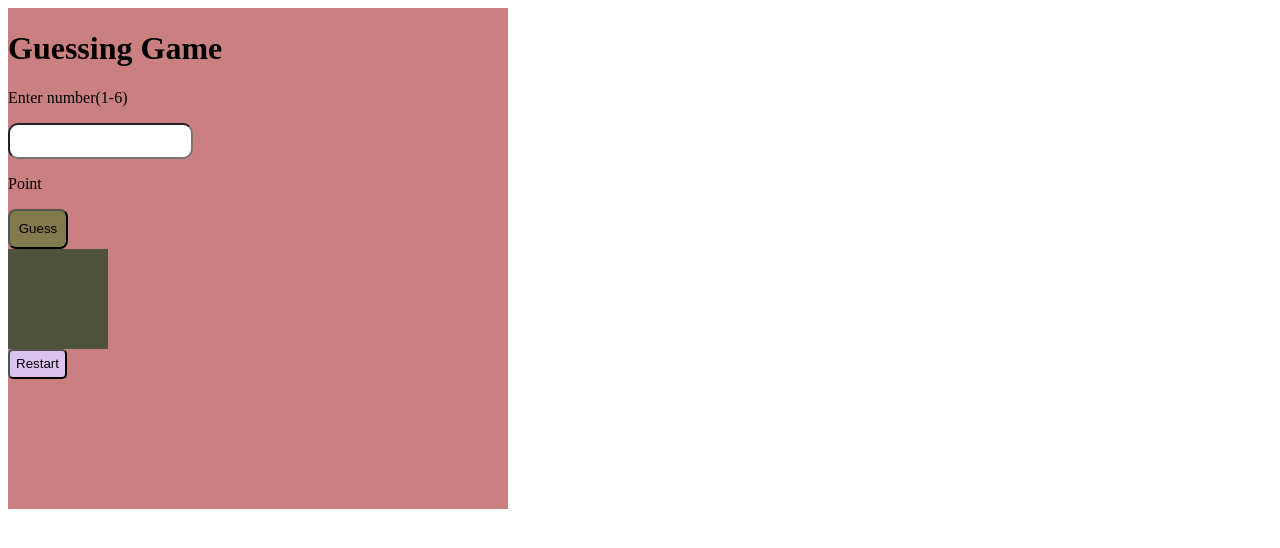
Repository: AniAntonyan/GuessingGame
Page: index.html
The author's editor kept a copy of each file at every save. The page is drawn from the files as they stood at one save, then again after the next save.
The browser window is 1280 px wide. The pictures show the whole page.

Above is the page before, as saved 2022-02-27 17:16:12.

After the next save:
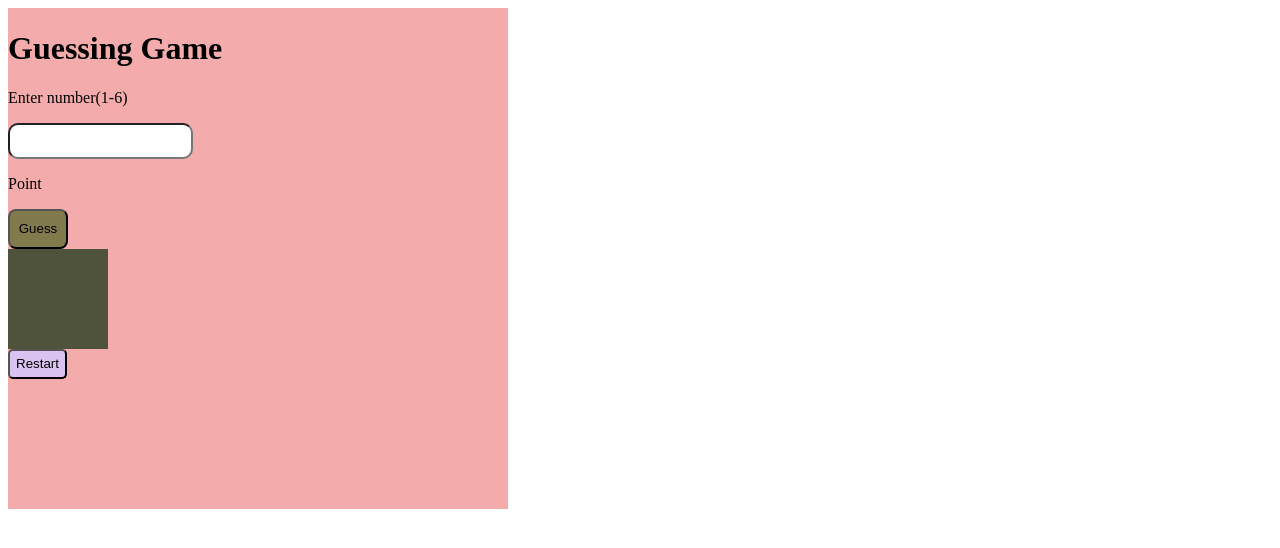
Saved 23 s later.
--- a/style.css
+++ b/style.css
@@ -1,5 +1,5 @@
 .container{
-    background-color: #ca8080;
+    background-color: #f3abab;
     height: 500px;
     width: 500px;
     padding-top:1px;
